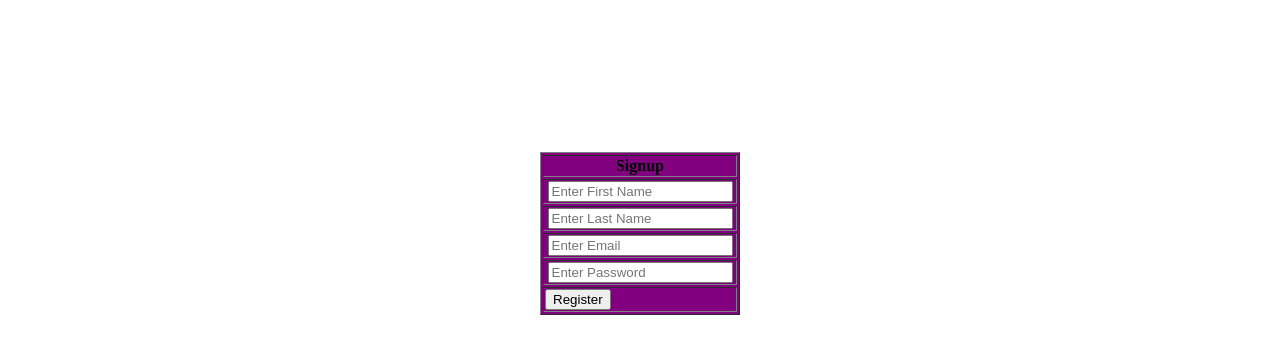
Repository: 1919satya/Mode2
Page: sample/sample/WebContent/sample.html
The author's editor kept a copy of each file at every save. The page is drawn from the files as they stood at one save, then again after the next save.
The browser window is 1280 px wide. The pictures show the whole page.

Above is the page before, as saved 2019-10-10 13:12:06.

### sample/sample/WebContent/sample.html
<!DOCTYPE html>
<html>
<head>
<meta charset="ISO-8859-1">
<title>Insert title here</title>
</head>
<body>

<form >
<div class="container">
<table border="1" align="center" width="200" bgcolor="purple" >
  <th>Signup</th>
  <tr>
   <th><input type="text" placeholder="Enter First Name" ></th><br/><br/>
   </tr>

   <tr>
    <th><input type="text" placeholder="Enter Last Name" ></th> <br/><br/>
    </tr>

    <tr>
   <th><input type="text" placeholder="Enter Email" ></th> <br/><br/>
   </tr>

<tr>

    <th><input type="password" placeholder="Enter Password" ></th> <br/><br/>
    </tr>


   <tr>
   <center>
    <td><input type="submit"  value="Register" />
    </center>
    </tr>

  </div>


</form>
</table>
</body>
</html>

After the next save:
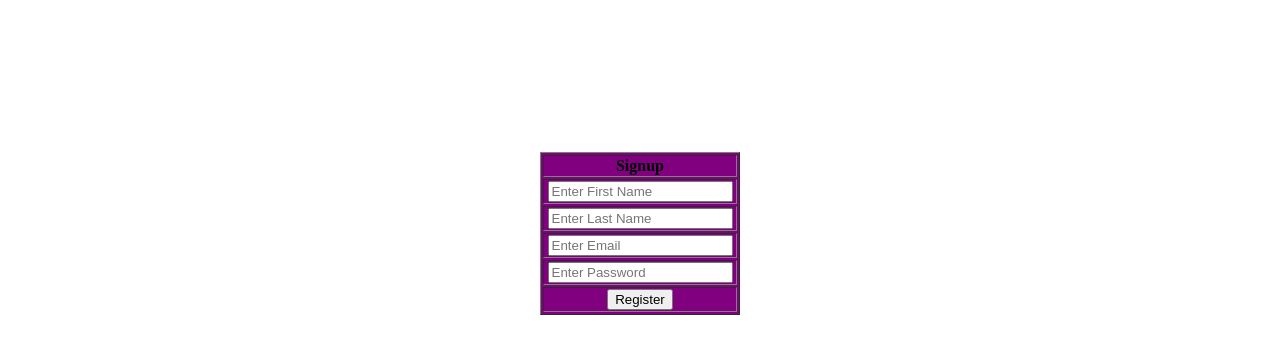
Saved 27 s later.
--- a/sample/sample/WebContent/sample.html
+++ b/sample/sample/WebContent/sample.html
@@ -30,7 +30,7 @@
 
    <tr>
    <center>
-    <td><input type="submit"  value="Register" />
+    <th><input type="submit"  value="Register" /></th>
     </center>
     </tr>
 
